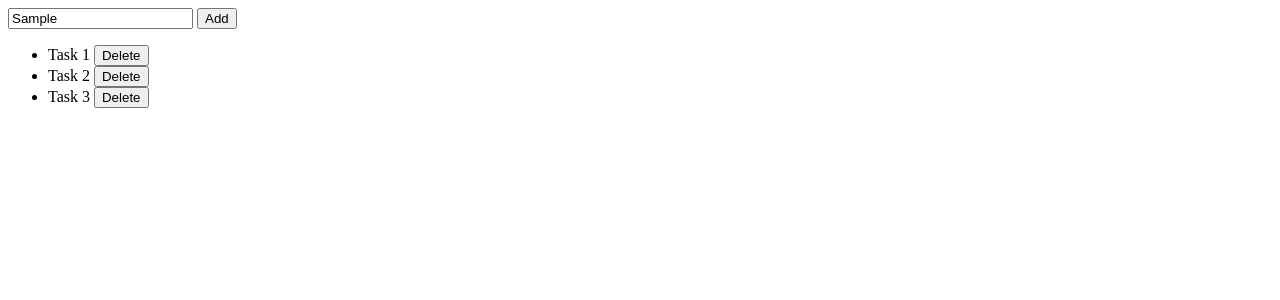
Repository: Haakim19/JavaScript
Page: Todolist/Main.html
These files come from the project's save history. The page is drawn as it stood at one moment and after the next save; the edit follows.
The browser window is 1280 px wide. The pictures show the whole page.
Empty fields were first filled with sample values (such as "Sample", 5 or name@example.com).
After loading, the first visible `button` was clicked once.

Above is the page before, as saved 2024-10-21 14:17:23.

### Todolist/Main.html
<!DOCTYPE html>
<html lang="en">
<head>
    <meta charset="UTF-8">
    <meta name="viewport" content="width=device-width, initial-scale=1.0">
    <title>ToDo List</title>
</head>
<body>
    <input >
    <button onclick="addTask()">Add</button>
    <ul  id="listContainer">
        <li>Task 1
            <button>Delete</button>
        </li>
        <li>Task 2
            <button>Delete</button>
        </li>
        <li>Task 3
            <button>Delete</button>
        </li>

    <script>
        var ul = document.getElementById('listContainer');
        function addTask(){
            var listItem = document.createElement('li');

        }
    </script>
</body>
</html>

After the next save:
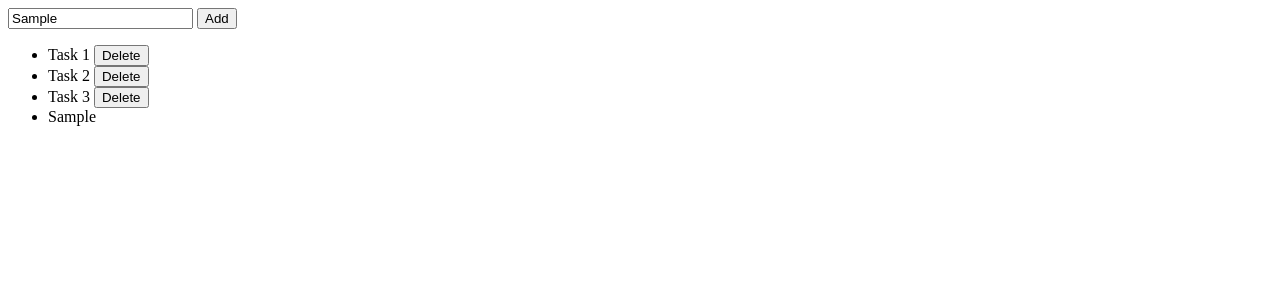
Saved 94 s later.
--- a/Todolist/Main.html
+++ b/Todolist/Main.html
@@ -6,7 +6,7 @@
     <title>ToDo List</title>
 </head>
 <body>
-    <input >
+    <input id="inputItem">
     <button onclick="addTask()">Add</button>
     <ul  id="listContainer">
         <li>Task 1
@@ -21,9 +21,11 @@
 
     <script>
         var ul = document.getElementById('listContainer');
+        var input = document.getElementById('inputItem');
         function addTask(){
             var listItem = document.createElement('li');
-
+            listItem.textContent = input.value;
+            ul.append(listItem);
         }
     </script>
 </body>
